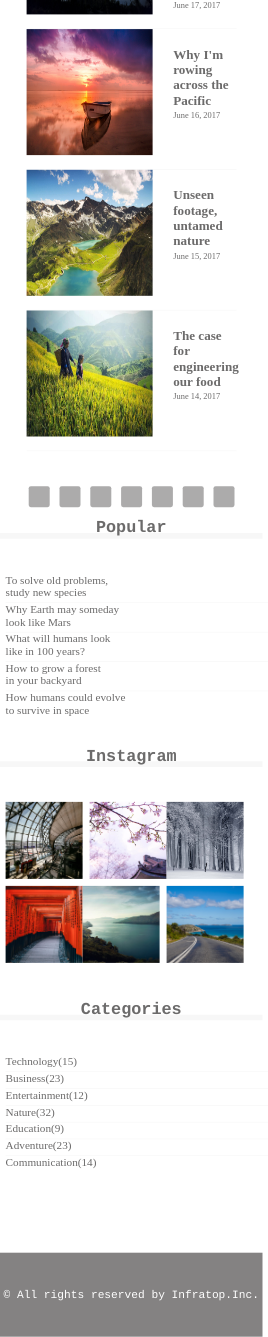
Repository: menyuu/test-html-CSS-practice
Page: caravan/index.html
The author's editor kept a record of every edit. The page is drawn from the files as they stood at one moment, then again after the next edit.
The browser window is 375 px wide. The page is 383 px wide, so the pictures cover 383 px, including what lies to the right of the window. The pictures show the part of the page from y = 1211 to 3451 px (the page is 3121 px tall before and 3451 px after), at 70% of full size.

Above is the page before.

### caravan/index.html
<!DOCTYPE html>
<html lang="ja">
<head>
  <meta charset="UTF-8">
  <link rel="stylesheet" href="style.css" />
  <title>CARAVAN</title>
</head>
<body>
  <header>
    <h1 class="heading">
      <a href="index.html">
      CARAVAN
      </a>
    </h1>
  </header>

  <nav>
    <ul class="nav-list">
      <li class="nav-list-item">
        <a href="index.html">Home</a>
      </li>
      <li class="nav-list-item">
        <a href="#">About</a>
      </li>
      <li class="nav-list-item">
        <a href="#">Topic</a>
      </li>
    </ul>
  </nav>

  <div class="main-visual">
    <div class="main-visual-content">
      <p class="main-visual-text">
        The world is a book<br>
        and those who do not travel<br>
        read only one page.
      </p>
      <p class="main-visual-name">
        St. Augustine
      </p>
    </div>
  </div>

  <main>
    <section class="blog">
      <h2 class="blog-heading">Recent Blogs</h2>
      <div class="blog-box">
        <div class="blog-item">
          <img class="blog-image" src="img/forest.jpg">
          <section class="blog-text">
            <h3 class="blog-text-heading">
              <a href="single.html">
                Hopeful lessons from<br>
                the battle to save<br>
                rainforests
              </a>
            </h3>
            <p class="blog-date">June 19, 2017</p>
            <span class="category">Nature</span>
          </section>
        </div>
      </div>

      <!-- 以下コピペ　-->

      <div class="blog-box">
          <div class="blog-item">
            <img class="blog-image" src="img/forest.jpg" />
            <section class="blog-text">
              <h3 class="blog-text-heading">
                <a href="single.html">
                  Hopeful lessons from<br />
                  the battle to save<br />
                  rainforests
                </a>
              </h3>
              <p class="blog-date">June 19, 2017</p>
              <span class="category">Nature</span>
            </section>
          </div>
          <div class="blog-item">
            <img class="blog-image" src="img/desert.jpg" />
            <section class="blog-text">
              <h3 class="blog-text-heading">
                <a href="single.html">
                  How to fight<br />
                  desertification and<br />
                  reverse climate change
                </a>
              </h3>
              <p class="blog-date">June 17, 2017</p>
              <span class="category">Nature</span>
            </section>
          </div>
          <div class="blog-item">
            <img class="blog-image" src="img/sunset.jpg" />
            <section class="blog-text">
              <h3 class="blog-text-heading">
                <a href="single.html">
                  Why I'm rowing<br />
                  across the Pacific
                </a>
              </h3>
              <p class="blog-date">June 16, 2017</p>
              <span class="category">Adventure</span>
            </section>
          </div>
          <div class="blog-item">
            <img class="blog-image" src="img/italy.jpg" />
            <section class="blog-text">
              <h3 class="blog-text-heading">
                <a href="single.html">
                  Unseen footage,<br />
                  untamed nature
                </a>
              </h3>
              <p class="blog-date">June 15, 2017</p>
              <span class="category">Nature</span>
            </section>
          </div>
          <div class="blog-item">
            <img class="blog-image" src="img/asia.jpg" />
            <section class="blog-text">
              <h3 class="blog-text-heading">
                <a href="single.html">
                  The case for<br />
                  engineering our food
                </a>
              </h3>
              <p class="blog-date">June 14, 2017</p>
              <span class="category">Culture</span>
            </section>
          </div>
        </div>

      <!--ここまで-->

      <div class="pagination">
        <p></p>
        <p></p>
        <p></p>
        <p></p>
        <p></p>
        <p></p>
        <p></p>
      </div>

    </section>

    <div class="sidebar">
      <section class="popular">
        <h2 class="popular-heading common-heading">Popular</h2>
        <div class="sidebar-contents">
          <p class="popular-text">To solve old problems,<br>study new species</p>
          <p class="popular-text">Why Earth may someday<br>look like Mars</p>
          <p class="popular-text">What will humans look<br>like in 100 years?</p>
          <p class="popular-text">How to grow a forest<br>in your backyard</p>
          <p class="popular-text">How humans could evolve<br>to survive in space</p>
        </div>
      </section>
      <section class="instagram">
        <h2 class="instagram-heading common-heading">Instagram</h2>
        <div class="sidebar-contents">
          <div class="instagram-box"></div>
          <div class="instagram-box"></div>
          <div class="instagram-box"></div>
          <div class="instagram-box"></div>
          <div class="instagram-box"></div>
          <div class="instagram-box"></div>
        </div>
      </section>
      <section class="categories">
        <h2 class="categories-heading common-heading">Categories</h2>
        <div class="sidebar-contents">
          <p class="categories-text">Technology(15)</p>
          <p class="categories-text">Business(23)</p>
          <p class="categories-text">Entertainment(12)</p>
          <p class="categories-text">Nature(32)</p>
          <p class="categories-text">Education(9)</p>
          <p class="categories-text">Adventure(23)</p>
          <p class="categories-text">Communication(14)</p>
      </section>
    </div>
  </main>

  <footer>
    <p class="footer-text">© All rights reserved by Infratop.Inc.</p>
  </footer>
</body>
</html>

### caravan/style.css
* {
 margin: 0;
 padding: 0;
 box-sizing: border-box;
 color: #6c6b6b;
}

a {
 text-decoration: none;
}

header, nav, h2, .main-visual, footer {
  font-family: Chalkduster, "Bradley Hand", Courier, "Segoe Print", sans-serif;
}

header {
width: 90%;
padding: 15px 0;
margin: 0 auto;
text-align: center;
position: relative;
}

.social {
 position: absolute;
 top: 22px;
 right: 22px;
}

.social i {
 display: inline-block;
 margin-left: 20px;
}

header .heading {
 font-size: 32px;
}

.nav-list {
 text-align: center;
 padding: 10px 0;
 margin: 0 auto;
}

.nav-list-item {
 list-style: none;
 display: inline-block;
 margin: 0 20px;
}

.main-visual {
 width: 100%;
 height: 300px;
 background-image: url(img/mv.jpg);
 background-size: cover;
 background-position: center;
}

.main-visual-content {
  width: 40%;
  height: 300px;
  background-color: rgba(0, 0, 0, 0.5);
  text-align: center;
  padding-top: 105px;
}

.main-visual-text {
 color: #fff;
}

.main-visual-name {
 margin-top: 30px;
 color: #fff;
}

main {
 width: 800px;
 display: flex;
 justify-content: center;
 margin: 0 auto;
 padding: 70px 0;
}

.blog {
  width: 540px;
  margin-right: 30px;
}

.blog-heading {
 border-bottom: 8px solid #f7f7f7;
 text-align: center;
 line-height: 0.8;
}

.blog-box {
 padding-top: 50px;
}

.blog-item {
 padding-bottom: 20px;
 margin-bottom: 20px;
 border-bottom: 1px solid #f7f7f7;
 display: flex;
 justify-content: flex-start;
}

.blog-image {
 height: 180px;
}

.blog-text {
 padding: 25px 0 0 30px;
}

.blog-text-headeing {
 padding-bottom: 15px;
}

.blog-date {
 font-size: 12px;
 display: inline-block;
}

.category {
 display: inline-block;
 padding: 5px 8px;
 background-color: #acabab;
 border-radius: 3px;
 color: #fff;
 font-size: 11px;
}

.pagination {
 text-align: center;
 padding-top: 50px;
}

.pagination p {
 display: inline-block;
 width: 30px;
 height: 30px;
 margin: 0 5px;
 color: #fff;
 background-color: #acabab;
 border-radius: 3px;
 line-height: 30px;
}

.sidebar {
  width: 230px
}

.common-heading {
 border-bottom: 8px solid #f7f7f7;
 text-align: center;
 line-height: 0.6;
}

.sidebar-contents {
 padding: 50px 0;
}

.popular-text,
.categories-text {
 padding-bottom: 5px;
 border-bottom: 1px solid #f7f7f7;
}

.popular-text:last-child,
.categories-text:last-child {
 margin: 0;
 padding: 0;
 border: none;
}

.instagram .sidebar-contents {
 display: flex;
 flex-wrap: wrap;
}

.instagram-box {
 width: 110px;
 padding-top: 110px;
 background-size: cover;
 background-position: center;
 margin-bottom: 10px;
}

.instagram-box:nth-child(odd) {
 margin: 0 10px 10px 0;
}

.instagram-box:nth-child(1) {
 background-image: url(img/airport.jpg);
}

.instagram-box:nth-child(2) {
 background-image: url(img/japan.jpg);
}

.instagram-box:nth-child(3) {
 background-image: url(img/snow.jpg);
}

.instagram-box:nth-child(4) {
 background-image: url(img/japan2.jpg);
}

.instagram-box:nth-child(5) {
 background-image: url(img/lake.jpg);
}

.instagram-box:nth-child(6) {
 background-image: url(img/road.jpg);
}

footer {
 width: 100%;
 height: 120px;
 text-align: center;
 line-height: 120px;
 background-color: #848282;
}

.footer-text {
 color: #fff;
}

@media screen and (max-width: 425px) {
 header {
  width: 100%;
 }

 .social {
  display: none;
 }

 .nav-list-item {
 display: block;
 margin-bottom: 4px
 }

 .main-visual-content {
  width: 100%;
 }

 main {
  width: 100%;
  display: block;
 }

 .blog {
  width: 100%;
  margin: 0;
 }

 .blog-box {
  margin: 0;
 }

 .blog-image {
  width: 60%;
 }

 .blog-item {
  width: 80%;
  margin: 0 auto;
 }

 .category {
  display: none;
 }

 .sidebar {
  width: 100%;
  margin-top: 18px
 }

 .sidebar-contents {
  width: 100%;
  margin-left: 8px;
 }
}

After the next edit:
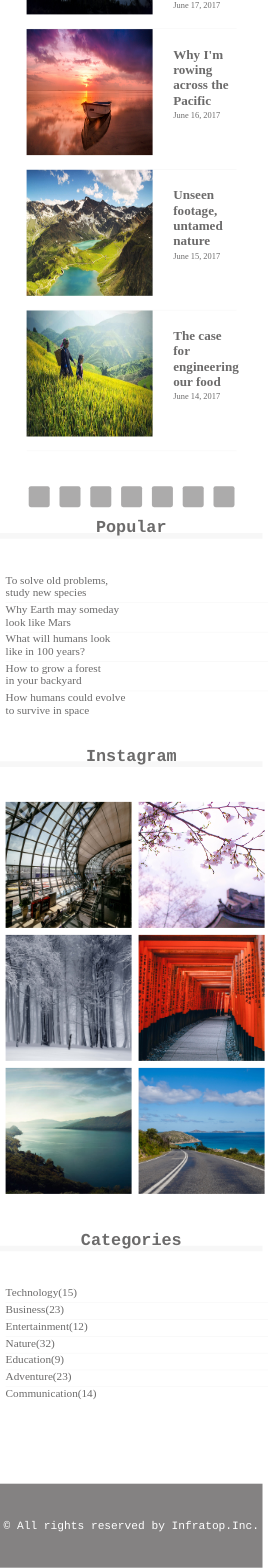
The edit:
--- a/caravan/style.css
+++ b/caravan/style.css
@@ -280,4 +280,9 @@
   width: 100%;
   margin-left: 8px;
  }
-}
+
+ .instagram-box {
+  width: 48%;
+  height: 180px;
+ }
+}
